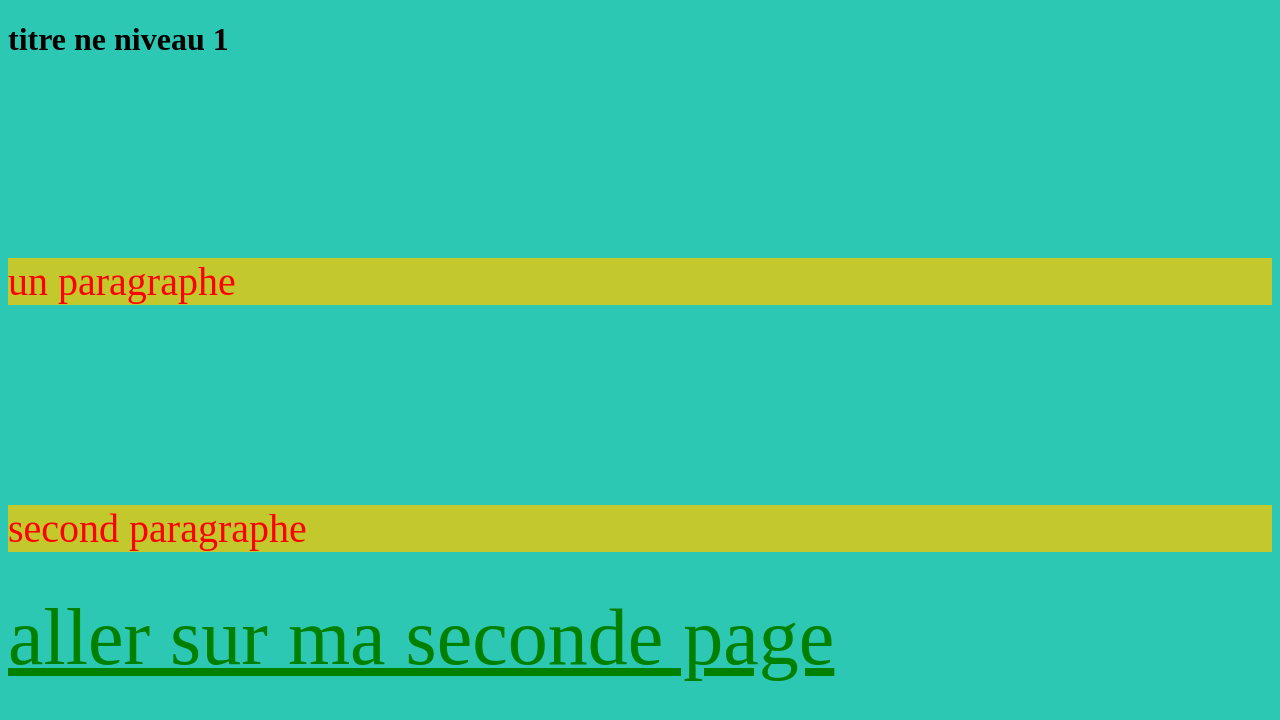
Repository: Poulpyto/fitec
Page: workspaceHtmlFlo/PremierTp_htmlCss/WebContent/htmlEtCss.html
These files come from the project's save history. The page is drawn as it stood at one moment and after the next save; the edit follows.
The browser window is 1280 px wide. The pictures show the whole page.

Above is the page before, as saved 2017-04-03 12:46:04.

### workspaceHtmlFlo/PremierTp_htmlCss/WebContent/htmlEtCss.html
<!DOCTYPE html>
<html>
	<head>
		<meta charset="UTF-8">
		<title>HTML et CSS</title>
		<link rel="stylesheet" href="css/style.css" />
	</head>
	<body>
		<h1>titre ne niveau 1</h1>
		<p>un paragraphe</p>
		<p>second paragraphe</p>
		<a href="C:\Users\Stagiaire\Desktop\workspaceHtmlFlo\PremierTp\WebContent\NewFile.html">aller sur ma seconde page</a>
	</body>
</html>

### workspaceHtmlFlo/PremierTp_htmlCss/WebContent/css/style.css
@CHARSET "UTF-8";

body{
	background-color: #2CC8B4;
}

p{
	background-color: #C3C82C;/*couleur de fond*/
	font-family: cursive;/*type de police*/
	font-size: 40px;/*taille police*/
	color: red;/*couleur decriture*/
	margin-top: 200px;
}

a{
	color: green;
	font-size: 500%;
}

After the next save:
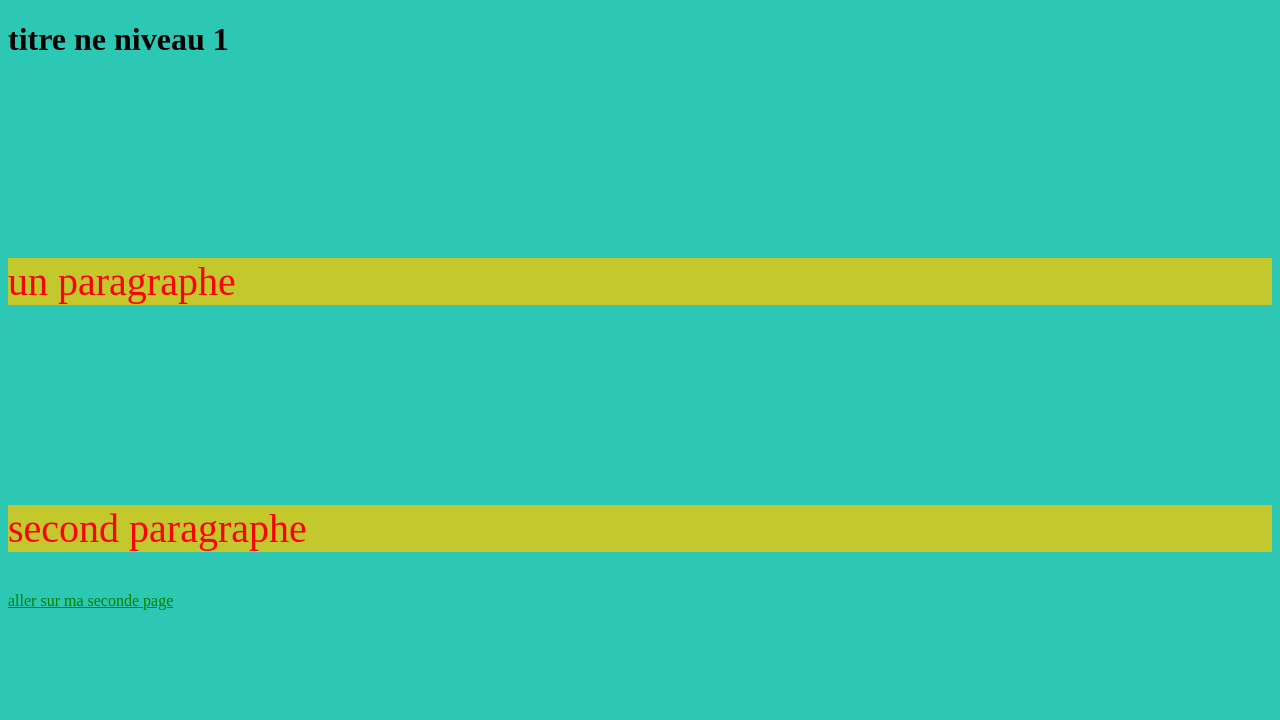
Saved 93 s later.
--- a/workspaceHtmlFlo/PremierTp_htmlCss/WebContent/css/style.css
+++ b/workspaceHtmlFlo/PremierTp_htmlCss/WebContent/css/style.css
@@ -14,5 +14,5 @@
 
 a{
 	color: green;
-	font-size: 500%;
+	font-size: bold, 500%;
 }

After the 2 saves that followed:
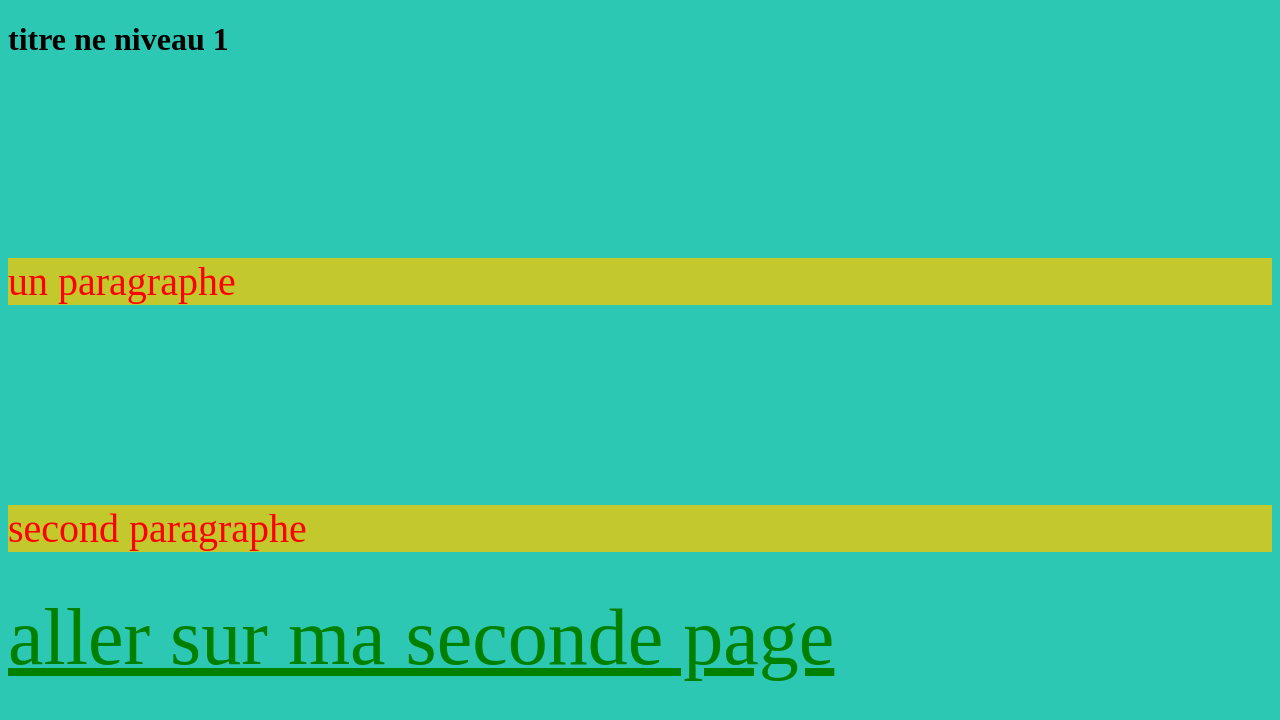
The 2 saves are shown as one change because 1 left the picture as it was.
The last was saved 20 s later.
--- a/workspaceHtmlFlo/PremierTp_htmlCss/WebContent/css/style.css
+++ b/workspaceHtmlFlo/PremierTp_htmlCss/WebContent/css/style.css
@@ -14,5 +14,5 @@
 
 a{
 	color: green;
-	font-size: bold, 500%;
+	font-size: 500%;
 }
